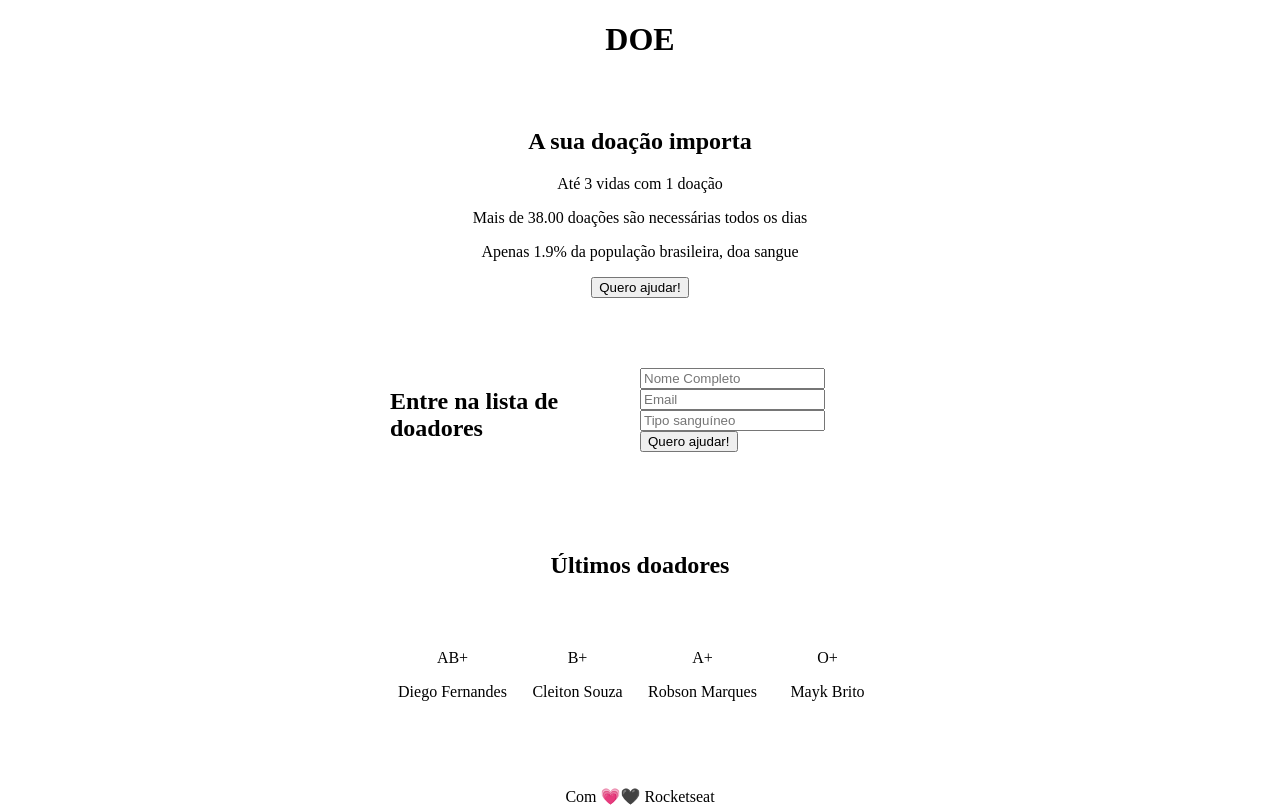
Repository: lucas-silva-dev/Doe
Page: index.html
An editor plug-in stored every save of this project. The page is shown before and after the next save, followed by the edit.
The browser window is 1280 px wide. The pictures show the whole page.

Above is the page before, as saved 2020-02-18 13:09:25.

After the next save:
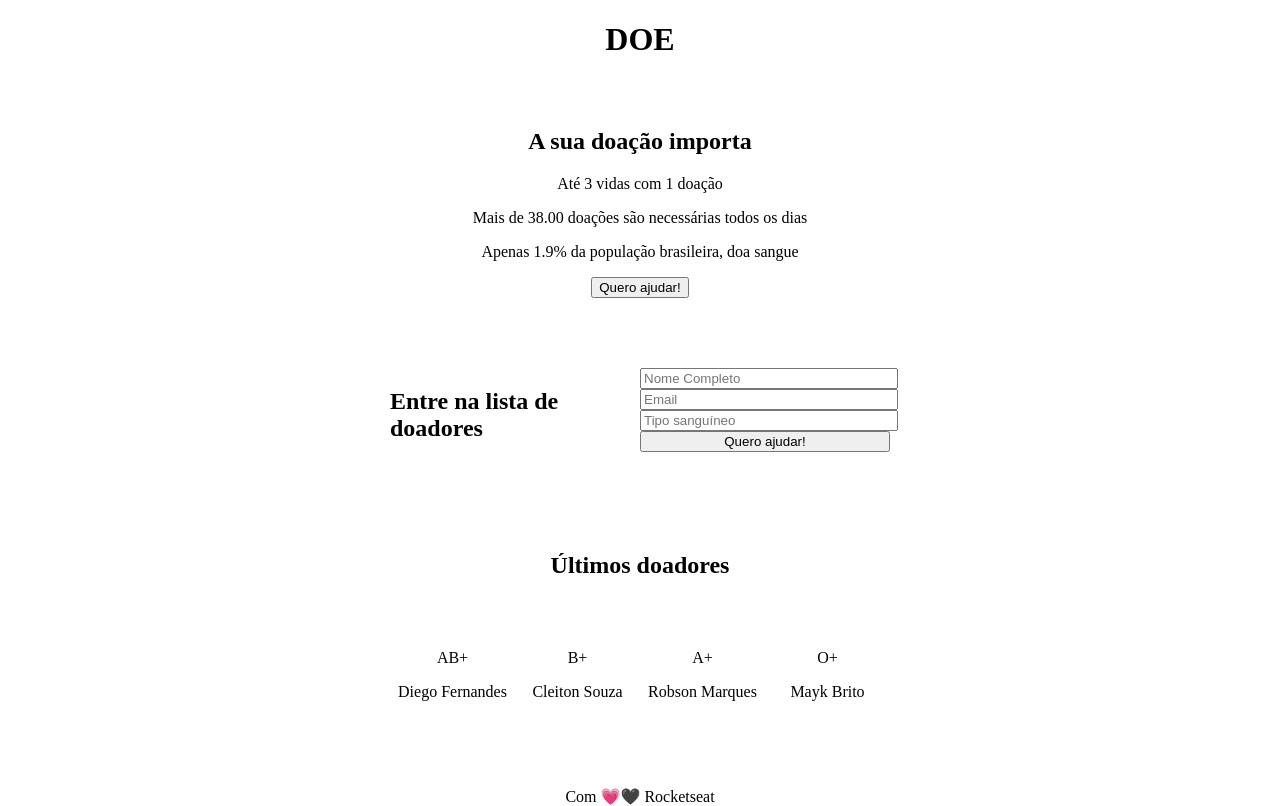
Saved 29 s later.
--- a/style.css
+++ b/style.css
@@ -45,6 +45,10 @@ section.form {
   grid-template-columns: 1fr 1fr;
 }
 
+form input,
+form button {
+  width: 100%;
+}
 /* MAIN */
 main .donors {
   display: grid;
